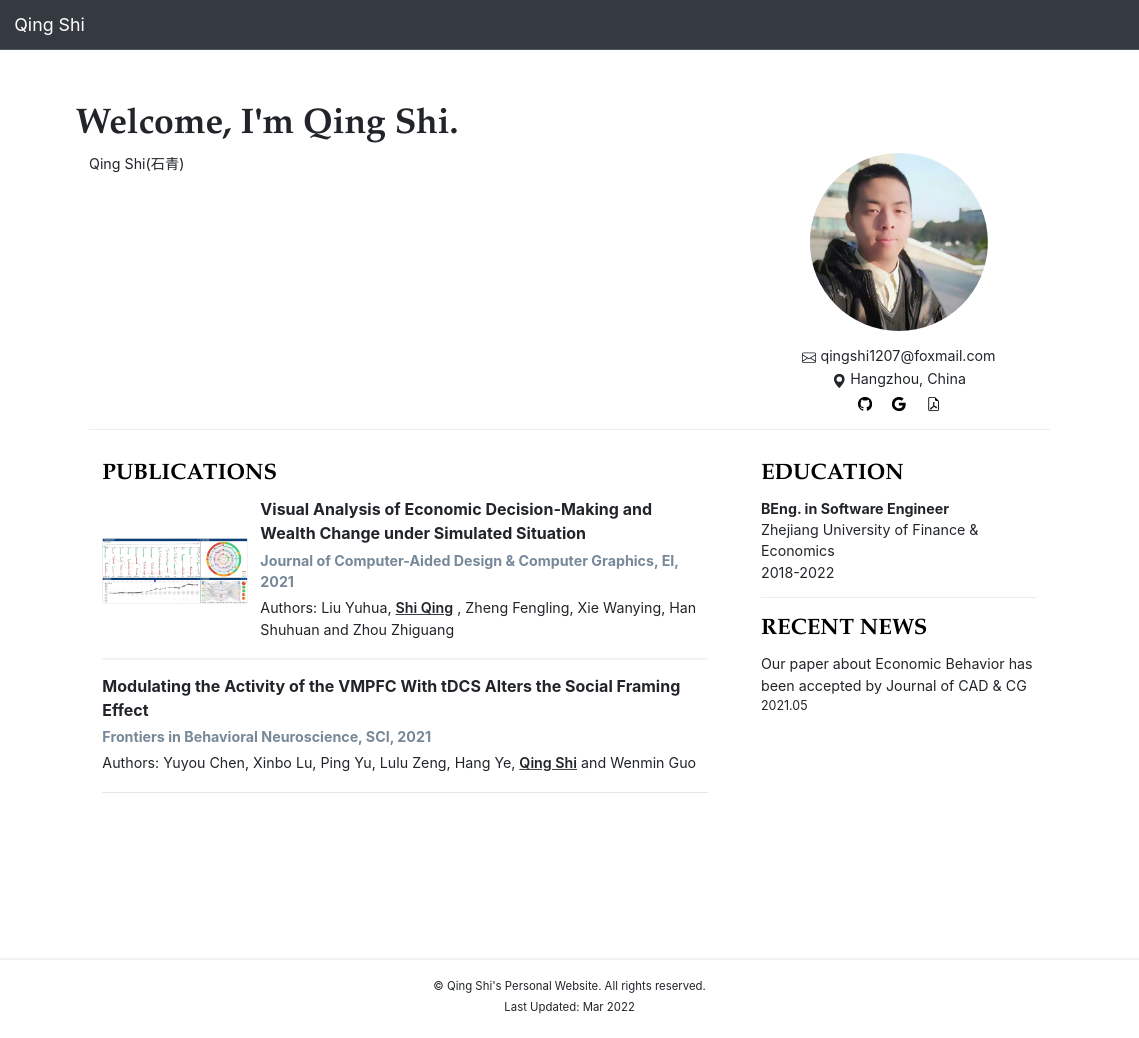
Repository: sqsssq/webpage
Page: index.html
These files come from the project's save history. The page is drawn as it stood at one moment and after the next save; the edit follows.
The browser window is 1280 px wide. The pictures show the whole page, at 89% of full size.
Some web libraries are served in a nearby version.

Above is the page before, as saved 2022-03-28 14:07:52.

After the next save:
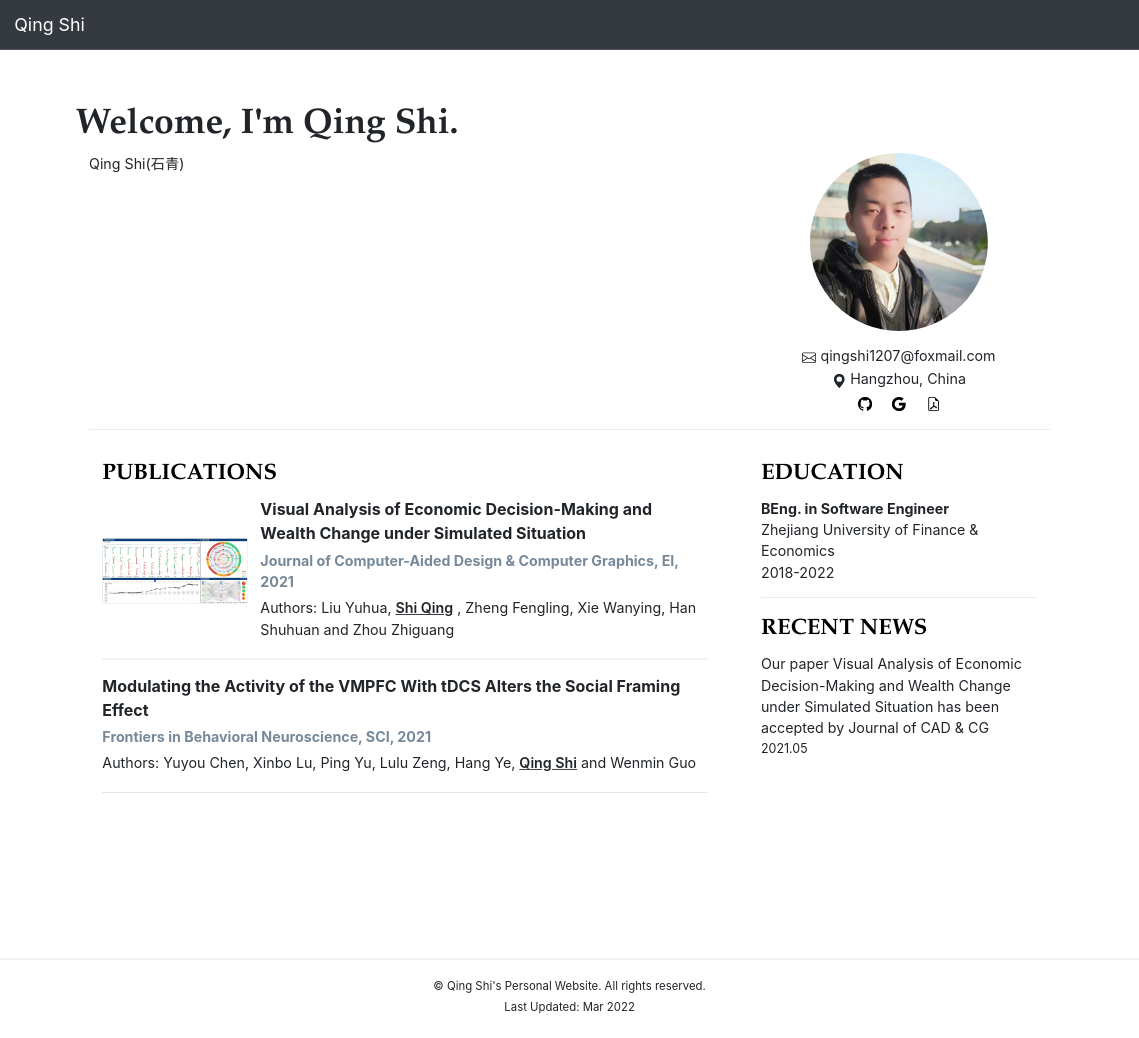
Saved 36 s later.
--- a/index.html
+++ b/index.html
@@ -1,6 +1,6 @@
 <!--
  * @Author: Qing Shi
- * @LastEditTime: 2022-03-28 14:05:51
+ * @LastEditTime: 2022-03-28 14:08:27
  * @Knowledge:
  * @Description: my homepage
  * @Attention:
@@ -170,7 +170,7 @@
                     <h3 id="titleFont">RECENT NEWS</h3>
                     <div class="totalNews">
                         <div class="newsInfo">
-                            Our paper about Economic Behavior has been accepted by Journal of CAD & CG
+                            Our paper Visual Analysis of Economic Decision-Making and Wealth Change under Simulated Situation has been accepted by Journal of CAD & CG
                         </div>
                         <div class="newsTime">
                             2021.05
